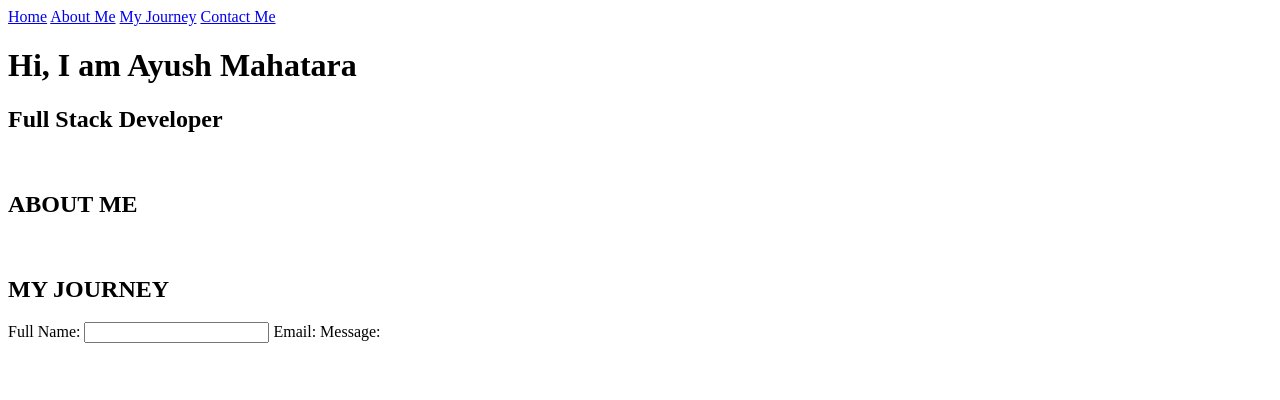
Repository: AyushMahatara/personal-website
Page: New folder/index.html
An editor plug-in stored every save of this project. The page is shown before and after the next save, followed by the edit.
The browser window is 1280 px wide. The pictures show the whole page.

Above is the page before, as saved 2023-07-19 22:25:13.

After the next save:
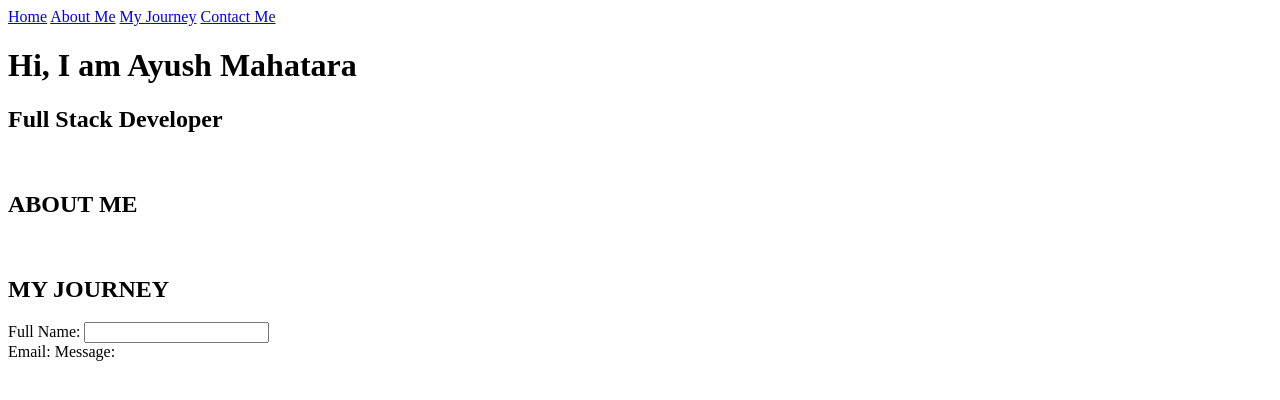
Saved 21 s later.
--- a/New folder/index.html
+++ b/New folder/index.html
@@ -40,8 +40,10 @@
       <div class="contactMe">
         <div>
           <form action="">
-            <label for="">Full Name:</label>
-            <input type="text" />
+            <div>
+              <label for="">Full Name:</label>
+              <input type="text" />
+            </div>
             <label for="">Email:</label>
             <label for="">Message:</label>
           </form>
